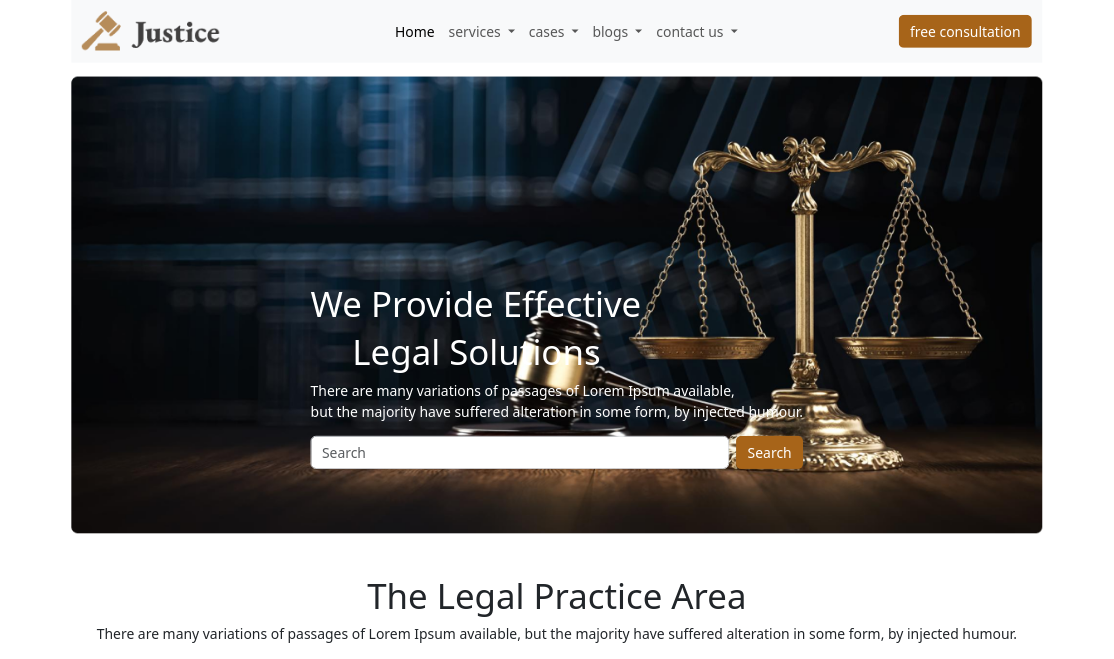
Repository: sadiaafsana138/justice
Page: index.html
An editor plug-in stored every save of this project. The page is shown before and after the next save, followed by the edit.
The browser window is 1280 px wide. The pictures show the whole page, at 87% of full size.
Some web libraries are served in a nearby version.

Above is the page before, as saved 2023-01-25 18:53:41.

After the next save:
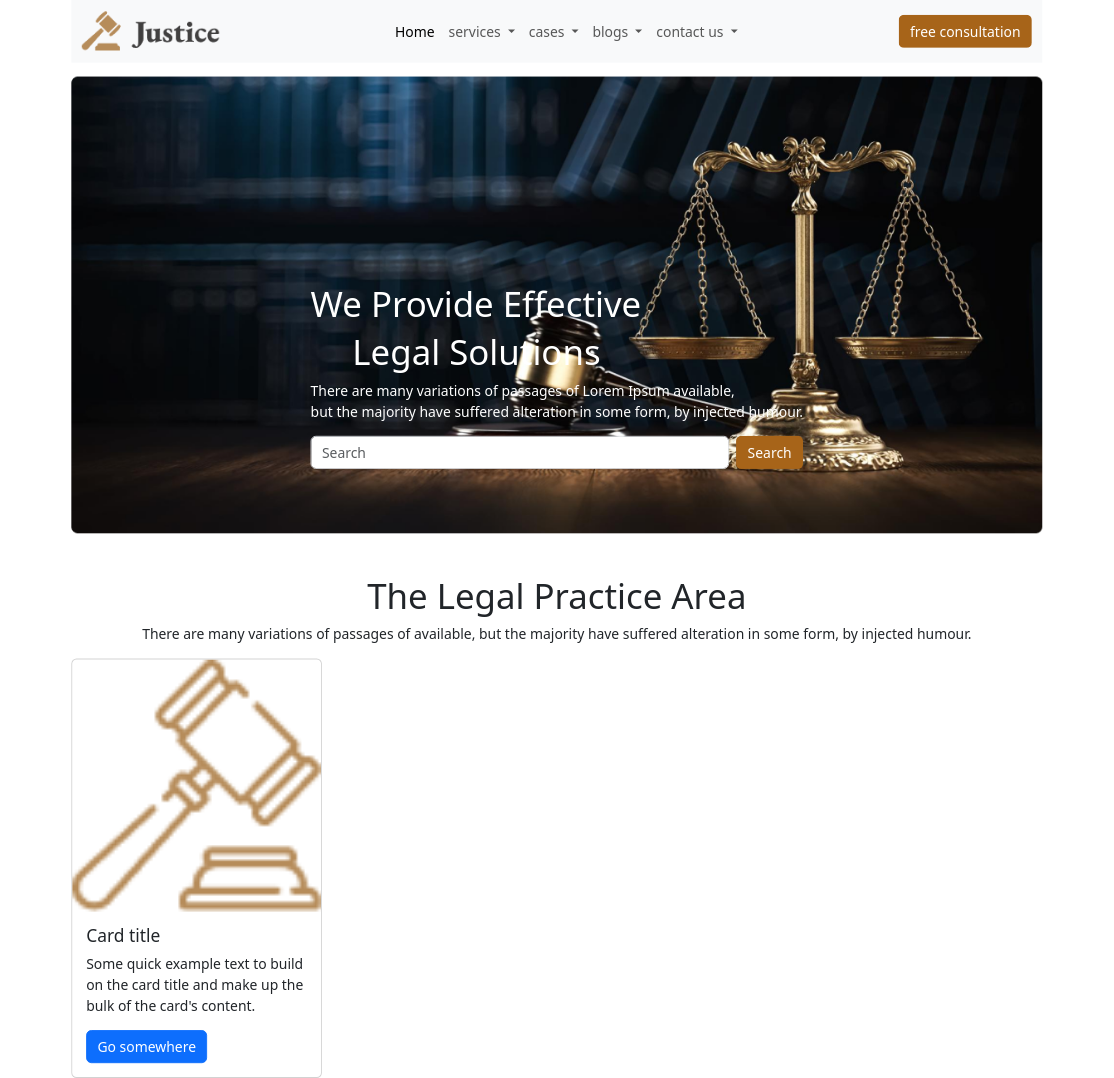
Saved 3 min 3 s later.
--- a/index.html
+++ b/index.html
@@ -129,9 +129,16 @@
         <section class="mt-5">
              <div>
                 <h1 class="text-center">The Legal Practice Area</h1>
-                <p class="text-center">There are many variations of passages of Lorem Ipsum available, but the majority have suffered alteration in some form, by injected humour.</p>
+                <p class="text-center">There are many variations of passages of available, but the majority have suffered alteration in some form, by injected humour.</p>
                 <div>
-
+                    <div class="card" style="width: 18rem;">
+                        <img src="images/business.png" class="card-img-top" alt="...">
+                        <div class="card-body">
+                          <h5 class="card-title">Card title</h5>
+                          <p class="card-text">Some quick example text to build on the card title and make up the bulk of the card's content.</p>
+                          <a href="#" class="btn btn-primary">Go somewhere</a>
+                        </div>
+                      </div>
                 </div>
              </div>
         </section>
